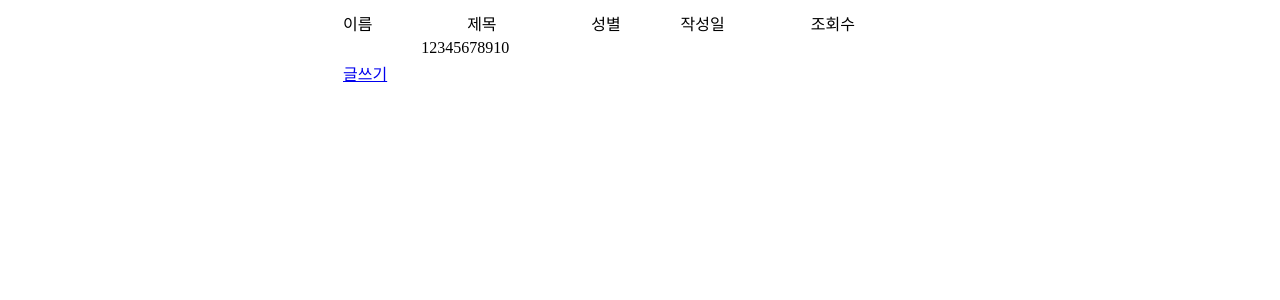
Repository: Billy-Jin/jsp
Page: http://localhost/dat/list.jsp?pager=2
The author's editor kept a copy of each file at every save. The page is drawn from the files as they stood at one save, then again after the next save.
The browser window is 1280 px wide. The pictures show the whole page.
The page is served by Tomcat 9. Queries for data that is not in the repository find no rows.

Above is the page before, as saved 2020-12-02 06:26:00.

### jsp/dat/WebContent/list.jsp
<%@ page language="java" contentType="text/html; charset=UTF-8"
    pageEncoding="UTF-8"%>
<%@ page import="java.sql.*"  %>
<%
	// DB 연결
	Class.forName("com.mysql.jdbc.Driver");
	String db="jdbc:mysql://localhost:3306/pkc";
	String userid="root";
	String pw="1234";
	Connection conn=DriverManager.getConnection(db,userid,pw); // db정보,아이디,비번

	// limit에 들어갈 index번호 생성
	int index; // limit에 전달할 index값
	int pager; // 현재 나타내고자 하는 페이지 값을 저장 //page는 변수명으로 사용 불가
	if(request.getParameter("pager")==null)
	{
		pager=1;
	}
	else
	{
		pager=Integer.parseInt(request.getParameter("pager"));
	}

	// index 만들기
	index=(pager-1)*10;

	// 쿼리생성
	String sql="select * from gesipan order by id desc limit "+index+",10";
	// 심부름꾼 생성
	Statement stmt= conn.createStatement();
	// 쿼리실행 => ResultSet
	ResultSet rs=stmt.executeQuery(sql);

%>

<!DOCTYPE html>
<html>
<head>
<meta charset="UTF-8">
<title>Insert title here</title>
</head>
<body>
	<!-- 레코드 내용 출력 -->
	<table width="600" align="center">
		<tr>
			<td> 이름 </td>
			<td> 제목 </td>
			<td> 성별 </td>
			<td> 작성일 </td>
			<td> 조회수 </td>
		</tr>
		<%
		while(rs.next())
		{
			// 숫자로 된 성별을 문자로 변환
			String sung=null;
			switch(rs.getInt("sung"))
			{
			case 0: sung="남자"; break;
			case 1: sung="여자"; break;
			case 2: sung="선택안함"; break;
			}
		%>
		<tr>
			<td> <%=rs.getString("name") %></td>
			<td> <a href="readnum.jsp?id=<%= rs.getString("id")%>"> <%=rs.getString("title") %> </a> </td>
			<td> <%=sung%></td>
			<td> <%=rs.getString("writeday") %></td>
			<td> <%=rs.getString("readnum") %></td>
		</tr>
		<%
		}
		%>
	     <tr> <!-- 사용자가 클릭하여 이동할수 있는 페이지 출력 -->
      	<td colspan="2" align="center">
	  	 <%
	  	 	int pstart=1;
	  	 	int pend=pstart+9;

	  	 	for(int i=pstart; i<=pend; i++)
	  	 		out.print(i);

	  	 	%>
	      </td>
	     </tr>
		<tr>
			<td colspan="2"> <a href="write.jsp"> 글쓰기</a> </td>
		</tr>
	</table>
</body>
</html>

After the next save:
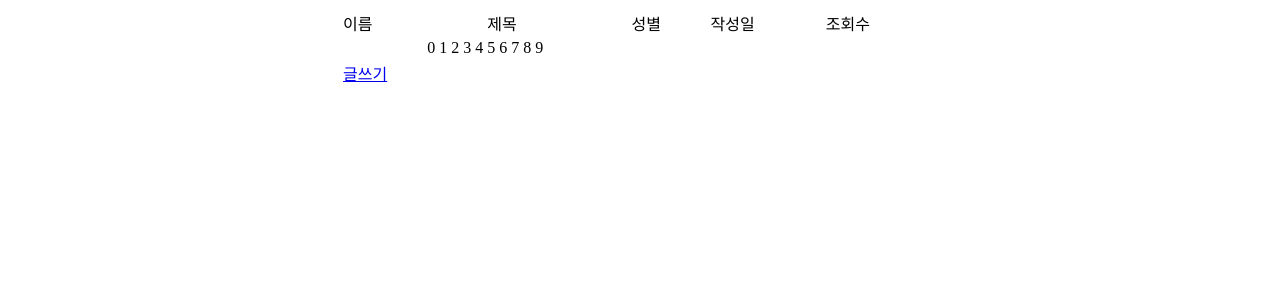
Saved 5 min 2 s later.
--- a/jsp/dat/WebContent/list.jsp
+++ b/jsp/dat/WebContent/list.jsp
@@ -74,11 +74,18 @@
 	     <tr> <!-- 사용자가 클릭하여 이동할수 있는 페이지 출력 -->
       	<td colspan="2" align="center">
 	  	 <%
-	  	 	int pstart=1;
+	  	 	int pstart;
+
+	  	 	pstart=pager/10;
+	  	 	if(pager%10 == 0)
+	  	 		pstart=pstart-1;
+
+	  	 	Integer.parseInt(pstart+"1");
+
 	  	 	int pend=pstart+9;
 
 	  	 	for(int i=pstart; i<=pend; i++)
-	  	 		out.print(i);
+	  	 		out.print(i+" ");
 
 	  	 	%>
 	      </td>
